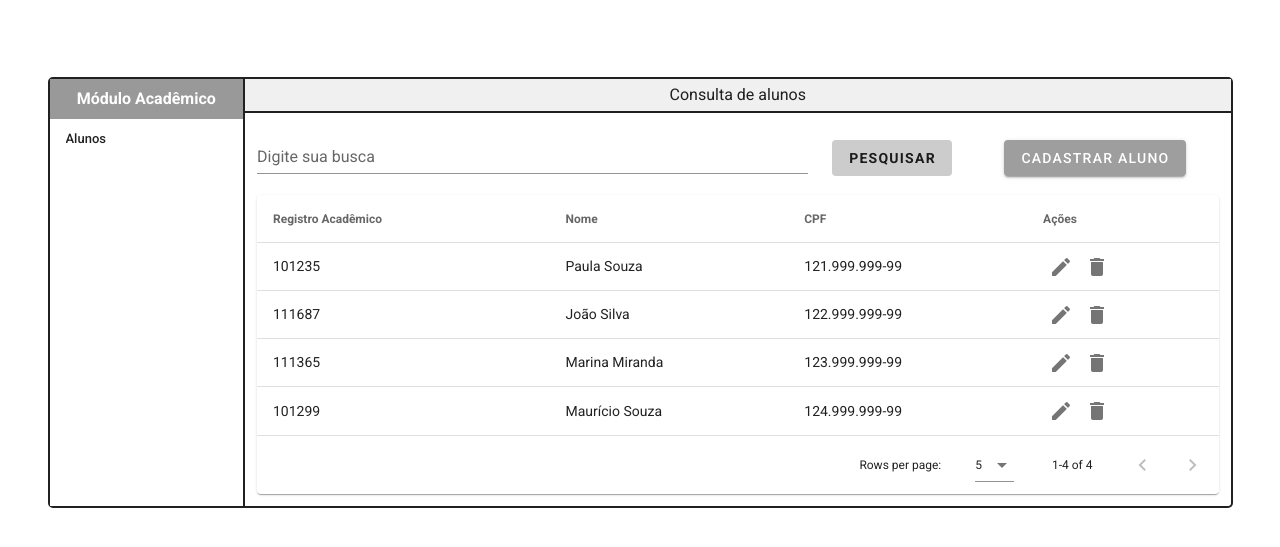
Repository: sergiohidekiono/vue-student
Page: /
An editor plug-in stored every save of this project. The page is shown before and after the next save, followed by the edit.
The browser window is 1280 px wide. The pictures show the whole page.
The project was rebuilt for these pictures with package versions that can differ from the ones it lists, and the page was loaded fresh each time. Requests to the local data server were answered from the project's data file. Also part of the build but not shown: vue.config.js, src/components/register-edit-student.vue.

Above is the page before, as saved 2024-08-07 12:40:04.

### src/App.vue
<template>
  <v-app>
    <v-main>
      <StudentList/>
    </v-main>
  </v-app>
</template>

<script>
import StudentList from './components/student-list';

export default {
  name: 'App',

  components: {
    StudentList,
  },

  data: () => ({}),
};
</script>

<style>

</style>

### src/components/student-list.vue
<template>
    <v-container>
        <v-row class="ml-5">
            <div class="d-flex align-start">
                <v-img :src="require('../assets/logo.png')" class="my-3" width="120" />
            </div>
        </v-row>
        <v-row>
            <v-col cols="2" class="menu">
                <v-navigation-drawer floating permanent>
                    <v-list dense>
                        <v-list-item-title class="header text-center">
                            <h4 class="py-2">Módulo Acadêmico</h4>
                        </v-list-item-title>
                        <v-list-item v-for="item in menus" :key="item.title" link>
                            <v-list-item-content>
                                <v-list-item-title>{{ item.title }}</v-list-item-title>
                            </v-list-item-content>
                        </v-list-item>
                    </v-list>
                </v-navigation-drawer>
            </v-col>
            <v-col cols="10" class="table">
                <v-row justify="center" class="pa-1 header">
                    <span>Consulta de alunos</span>
                </v-row>
                <v-row class="wrap-buttons">
                    <v-col cols="7" class="p-0">
                        <v-text-field label="Digite sua busca"></v-text-field>
                    </v-col>
                    <v-col cols="2" class="p-0">
                        <v-btn depressed class="btn-search font-weight-bold"> Pesquisar </v-btn>
                    </v-col>
                    <v-col cols="3">
                        <v-btn color="grey" class="ma-2 white--text" @click="openDialog"> Cadastrar Aluno </v-btn>
                        <register-edit-student v-if="showDialog" @close="showDialog = false" />
                    </v-col>
                </v-row>
                <v-data-table :headers="headers" :items="students" :items-per-page="5" class="elevation-1">
                    <template v-slot:[`item.action`]="{ item }">
                        <v-btn @click="editStudent(item)" icon>
                            <v-icon>mdi-pencil</v-icon>
                        </v-btn>
                        <v-btn @click="deleteStudent(item)" icon>
                            <v-icon>mdi-delete</v-icon>
                        </v-btn>
                    </template>
                </v-data-table>
            </v-col>
        </v-row>
    </v-container>
</template>

<script>
import axios from 'axios';
import RegisterEditStudent from './register-edit-student.vue';


export default {
    name: 'StudentList',
    components: {
        RegisterEditStudent
    },
    data() {
        return {
            showDialog: false,
            menus: [
                { title: 'Alunos' },
            ],
            students: [],
            headers: [
                { text: 'Registro Acadêmico', value: 'register' },
                { text: 'Nome', value: 'name' },
                { text: 'CPF', value: 'document' },
                { text: 'Ações', value: 'action' }
            ],
        }
    },
    created() {
        this.fetchStudents();
    },
    methods: {
        openDialog() {
            this.showDialog = true;
        },
        editStudent(item) {
            console.log('Editando', item);
        },
        async deleteStudent(student) {
            try {
                await axios.delete(`http://localhost:3000/students/${student.id}`);
                this.fetchStudents();
            } catch (error) {
                console.error('Error removing student:', error.response ? error.response.data : error.message);
            }
        },
        async fetchStudents() {
            try {
                const response = await axios.get("http://localhost:3000/students");
                this.students = response.data
                console.log('DATA: ', this.students);
            } catch (error) {
                console.log('Erro ao buscar estudante!', error);
            }
        }
    }
}
</script>


<style scoped>
.menu {
    padding: 0 !important;
    border: 2px solid;
    border-radius: 5px 0 0 5px;

    .v-list.v-sheet.theme--light {
        padding: 0 !important;
    }

    .header {
        padding: 0 !important;
        background: #999999;
        color: white;
    }
}

.table {
    border-left: 0;
    border-right: 2px;
    border-top: 2px;
    border-bottom: 2px;
    border-style: solid;
    border-radius: 0 5px 5px 0;

    .header {
        background: #f0f0f0;
        border-bottom: 2px solid;
    }
}

.btn-search {
    background-color: #CCCCCC !important;
    color: black;
}

.wrap-buttons {
    display: flex;
    align-items: baseline;
}
</style>

### db.json
{
    "students": [
        {
            "id": 1,
            "register": 101235,
            "name": "Paula Souza",
            "document": "121.999.999-99"
        },
        {
            "id": 2,
            "register": 111687,
            "name": "João Silva",
            "document": "122.999.999-99"
        },
        {
            "id": 3,
            "register": 111365,
            "name": "Marina Miranda",
            "document": "123.999.999-99"
        },
        {
            "id": 4,
            "register": 101299,
            "name": "Maurício Souza",
            "document": "124.999.999-99"
        }
    ]
}

Loaded but not shown: public/index.html (common file); src/main.js (common file); src/plugins/vuetify.js (common file)

After the next save:
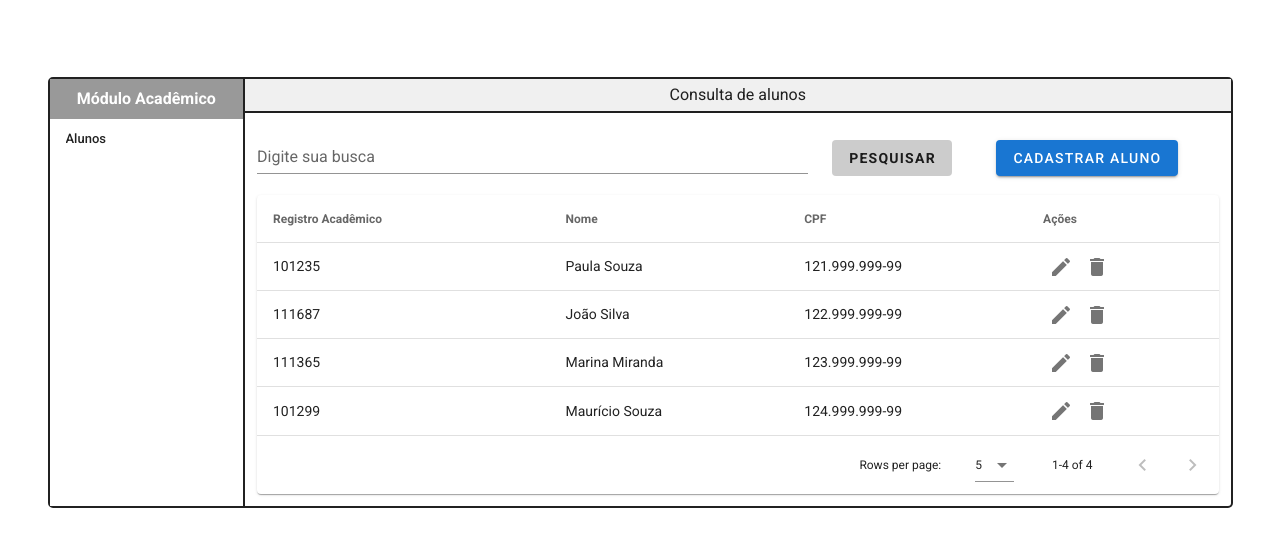
Saved 37 s later.
--- a/src/components/student-list.vue
+++ b/src/components/student-list.vue
@@ -32,7 +32,10 @@
                         <v-btn depressed class="btn-search font-weight-bold"> Pesquisar </v-btn>
                     </v-col>
                     <v-col cols="3">
-                        <v-btn color="grey" class="ma-2 white--text" @click="openDialog"> Cadastrar Aluno </v-btn>
+                        <v-btn color="primary" dark @click.stop="dialog = true">
+                            Cadastrar Aluno
+                        </v-btn>
+                        <!-- <v-btn color="grey" class="ma-2 white--text" @click="openDialog"> </v-btn> -->
                         <register-edit-student v-if="showDialog" @close="showDialog = false" />
                     </v-col>
                 </v-row>
